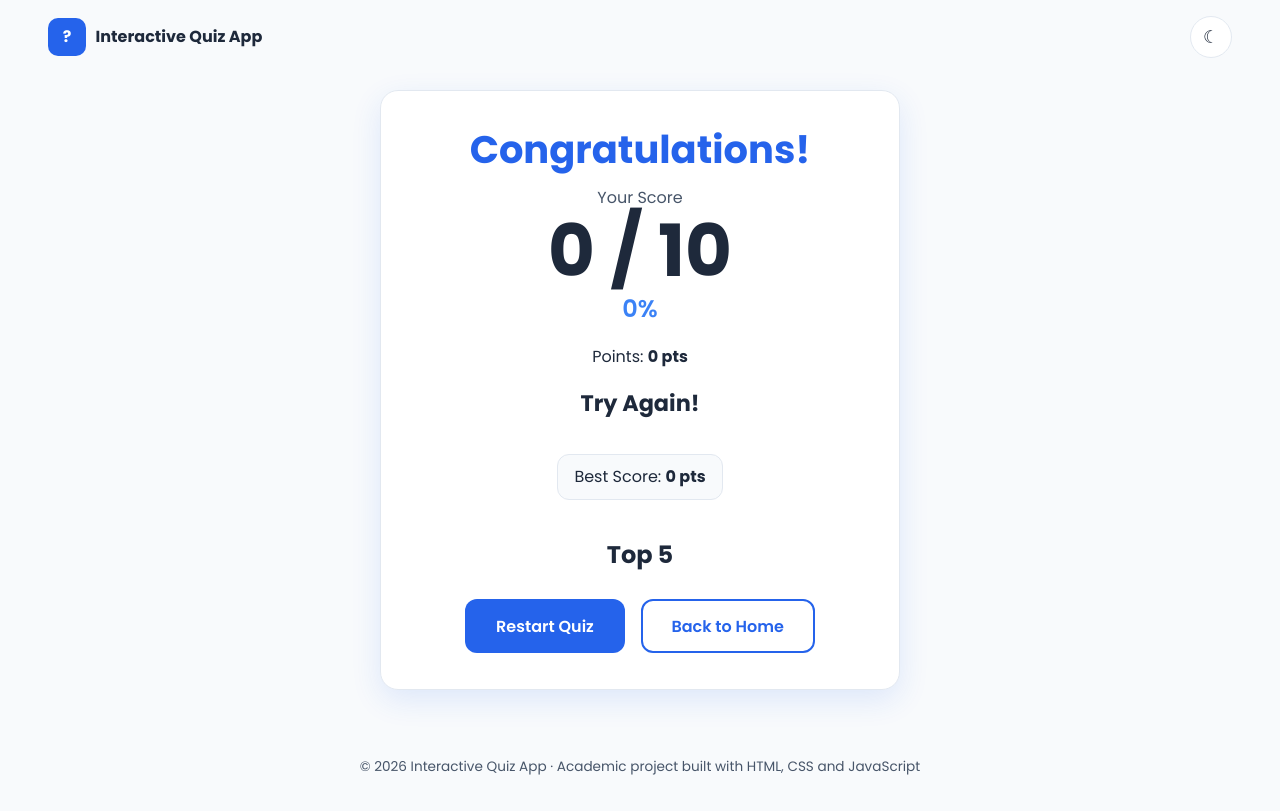
Repository: AzizHamdi99/Interactive-Quiz-App
Page: quiz-app/result.html
The author's editor kept a copy of each file at every save. The page is drawn from the files as they stood at one save, then again after the next save.
The browser window is 1280 px wide. The pictures show the whole page.

Above is the page before, as saved 2026-10-31 16:26:31.

### quiz-app/result.html
<!DOCTYPE html>
<html lang="en">

<head>
  <meta charset="UTF-8">
  <meta name="viewport" content="width=device-width, initial-scale=1.0">
  <meta name="author" content="Your Name">
  <link rel="icon" href="assets/icons/favicon.svg" type="image/svg+xml">
  <link rel="preconnect" href="https://fonts.googleapis.com">
  <link rel="preconnect" href="https://fonts.gstatic.com" crossorigin>
  <link href="https://fonts.googleapis.com/css2?family=Poppins:wght@400;500;600;700&amp;display=swap" rel="stylesheet">
  <link rel="stylesheet" href="css/style.css">
  <link rel="stylesheet" href="css/result.css">
  <title>Your result | Interactive Quiz App</title>
  <meta name="description" content="See your quiz score and your best score.">
</head>

<body data-page="result">
  <canvas id="confetti" aria-hidden="true"></canvas>
  <header class="site-header">
    <a class="brand" href="index.html" data-nav><span class="logo" aria-hidden="true">?</span> Interactive Quiz App</a>
    <button class="icon-btn" id="theme-toggle" type="button" aria-label="Switch to dark mode"
      aria-pressed="false">&#9790;</button>
  </header>
  <main id="main" class="result-wrap">
    <section class="card result-card" aria-labelledby="congrats">
      <h1 id="congrats">Congratulations!</h1>
      <p class="label">Your Score</p>
      <p class="score" id="score">0 / 10</p>
      <p class="pct" id="pct">0%</p>
      <p class="pts">Points: <strong id="points">0</strong></p>
      <p class="msg" id="msg" role="status"></p>
      <p class="best">Best Score: <strong id="best">0 pts</strong></p>
      <h2 class="top-title">Top 5</h2>
      <ol id="top" class="top"></ol>
      <div class="result-btns">
        <a class="btn btn-primary" href="quiz.html" data-nav>Restart Quiz</a>
        <a class="btn btn-ghost" href="index.html" data-nav>Back to Home</a>
      </div>
    </section>
  </main>
  <footer class="site-footer">
    <p>&copy; 2026 Interactive Quiz App &middot; Academic project built with HTML, CSS and JavaScript</p>
  </footer>
  <script src="js/app.js"></script>
</body>

</html>

### quiz-app/css/style.css
/* ===== Variables & dark theme ===== */
:root {
  --primary: #2563eb;
  --secondary: #3b82f6;
  --bg: #f8fafc;
  --card: #ffffff;
  --correct: #22c55e;
  --wrong: #ef4444;
  --text: #1e293b;
  --muted: #475569;
  --border: #e2e8f0;
  --shadow: 0 10px 30px rgba(37, 99, 235, 0.12);
  --radius: 18px;
}
[data-theme="dark"] {
  --bg: #0f172a;
  --card: #1e293b;
  --text: #f1f5f9;
  --muted: #cbd5e1;
  --border: #334155;
  --shadow: 0 10px 30px rgba(0, 0, 0, 0.45);
}
/* ===== Base ===== */
*,
*::before,
*::after {
  box-sizing: border-box;
}
body {
  margin: 0;
  min-height: 100vh;
  display: flex;
  flex-direction: column;
  font-family: "Poppins", system-ui, sans-serif;
  background: var(--bg);
  color: var(--text);
  line-height: 1.6;
  transition:
    background 0.3s,
    color 0.3s;
  animation: pageIn 0.4s ease both;
}
body.leaving {
  animation: pageOut 0.25s ease forwards;
}
@keyframes pageIn {
  from {
    opacity: 0;
    transform: translateY(12px);
  }
  to {
    opacity: 1;
    transform: none;
  }
}
@keyframes pageOut {
  to {
    opacity: 0;
    transform: translateY(-8px);
  }
}
h1 {
  line-height: 1.2;
  margin: 0 0 0.75rem;
}
a {
  color: inherit;
}
:focus-visible {
  outline: 3px solid var(--secondary);
  outline-offset: 3px;
  border-radius: 8px;
}
::-webkit-scrollbar {
  width: 10px;
}
::-webkit-scrollbar-track {
  background: var(--bg);
}
::-webkit-scrollbar-thumb {
  background: var(--secondary);
  border-radius: 8px;
}
/* ===== Header / footer ===== */
.site-header {
  display: flex;
  justify-content: space-between;
  align-items: center;
  padding: 1rem clamp(1rem, 4vw, 3rem);
  position: relative;
  z-index: 2;
}
.brand {
  display: flex;
  align-items: center;
  gap: 0.6rem;
  font-weight: 700;
  text-decoration: none;
}
.logo {
  display: grid;
  place-items: center;
  width: 38px;
  height: 38px;
  border-radius: 10px;
  background: var(--primary);
  color: #fff;
}
.icon-btn {
  width: 42px;
  height: 42px;
  border-radius: 50%;
  border: 1px solid var(--border);
  background: var(--card);
  color: var(--text);
  font-size: 1.1rem;
  cursor: pointer;
  transition:
    transform 0.2s,
    box-shadow 0.2s;
}
.icon-btn:hover {
  transform: scale(1.1);
  box-shadow: var(--shadow);
}
.site-footer {
  margin-top: auto;
  padding: 1.25rem;
  text-align: center;
  color: var(--muted);
  font-size: 0.85rem;
  position: relative;
  z-index: 2;
}
main {
  position: relative;
  z-index: 1;
}
/* ===== Cards & buttons ===== */
.card {
  background: var(--card);
  border-radius: var(--radius);
  box-shadow: var(--shadow);
  padding: clamp(1.25rem, 4vw, 2.25rem);
  border: 1px solid var(--border);
}
.btn {
  position: relative;
  overflow: hidden;
  display: inline-block;
  padding: 0.8rem 1.8rem;
  border-radius: 12px;
  border: 2px solid transparent;
  font:
    600 1rem "Poppins",
    sans-serif;
  text-decoration: none;
  cursor: pointer;
  transition:
    transform 0.2s,
    box-shadow 0.2s,
    background 0.2s;
}
.btn:hover:not(:disabled) {
  transform: translateY(-2px);
  box-shadow: 0 8px 18px rgba(37, 99, 235, 0.3);
}
.btn:active:not(:disabled) {
  transform: scale(0.97);
}
.btn-primary {
  background: var(--primary);
  color: #fff;
}
.btn-primary:hover:not(:disabled) {
  background: #1d4ed8;
}
.btn-ghost {
  background: transparent;
  color: var(--primary);
  border-color: var(--primary);
}
[data-theme="dark"] .btn-ghost {
  color: #93c5fd;
  border-color: #93c5fd;
}
.btn:disabled {
  opacity: 0.5;
  cursor: not-allowed;
}
.ripple {
  position: absolute;
  border-radius: 50%;
  background: rgba(255, 255, 255, 0.5);
  transform: scale(0);
  animation: ripple 0.6s linear;
  pointer-events: none;
}
@keyframes ripple {
  to {
    transform: scale(4);
    opacity: 0;
  }
}
/* ===== Home ===== */
.bg-shapes span {
  position: fixed;
  border-radius: 50%;
  filter: blur(60px);
  opacity: 0.35;
  z-index: 0;
  animation: float 14s ease-in-out infinite;
}
.bg-shapes span:nth-child(1) {
  width: 320px;
  height: 320px;
  background: var(--secondary);
  top: -80px;
  left: -80px;
}
.bg-shapes span:nth-child(2) {
  width: 260px;
  height: 260px;
  background: var(--primary);
  bottom: -60px;
  right: -40px;
  animation-delay: -5s;
}
.bg-shapes span:nth-child(3) {
  width: 180px;
  height: 180px;
  background: var(--correct);
  top: 45%;
  left: 55%;
  animation-delay: -9s;
  opacity: 0.2;
}
@keyframes float {
  50% {
    transform: translate(40px, -30px) scale(1.1);
  }
}
.hero {
  display: grid;
  grid-template-columns: 1.1fr 0.9fr;
  gap: 2rem;
  align-items: center;
  max-width: 1100px;
  margin: 0 auto;
  padding: 2rem clamp(1rem, 4vw, 3rem);
}
.hero-text h1 {
  font-size: clamp(2.2rem, 5vw, 3.6rem);
  font-weight: 700;
  color: var(--primary);
}
[data-theme="dark"] .hero-text h1 {
  color: #93c5fd;
}
.hero-text p {
  color: var(--muted);
  max-width: 52ch;
}
.hero-text .btn {
  margin-top: 0.75rem;
  font-size: 1.1rem;
  padding: 1rem 2.4rem;
}
.hint {
  font-size: 0.85rem;
  margin-top: 1rem;
}
.hero-art img {
  width: 100%;
  height: auto;
  max-width: 420px;
  display: block;
  margin: 0 auto;
  animation: bob 4s ease-in-out infinite;
}
@keyframes bob {
  50% {
    transform: translateY(-12px);
  }
}
@media (max-width: 768px) {
  .hero {
    grid-template-columns: 1fr;
    text-align: center;
  }
  .hero-text p {
    margin-inline: auto;
  }
}
@media (prefers-reduced-motion: reduce) {
  *,
  *::before,
  *::after {
    animation-duration: 0.01ms !important;
    animation-iteration-count: 1 !important;
    transition-duration: 0.01ms !important;
  }
}

### quiz-app/css/result.css
#confetti {
  position: fixed;
  inset: 0;
  width: 100%;
  height: 100%;
  pointer-events: none;
  z-index: 5;
}
.result-wrap {
  display: grid;
  place-items: center;
  padding: 1rem clamp(0.75rem, 4vw, 2rem) 2rem;
}
.result-card {
  width: 100%;
  max-width: 520px;
  text-align: center;
  animation: scaleIn 0.5s ease both;
}
@keyframes scaleIn {
  from {
    opacity: 0;
    transform: scale(0.9);
  }
  to {
    opacity: 1;
    transform: none;
  }
}
.result-card h1 {
  font-size: clamp(1.8rem, 5vw, 2.4rem);
  color: var(--primary);
}
[data-theme="dark"] .result-card h1 {
  color: #93c5fd;
}
.label {
  margin: 0;
  color: var(--muted);
}
.score {
  margin: 0;
  font-size: clamp(3rem, 12vw, 4.5rem);
  font-weight: 700;
  line-height: 1.1;
}
.pct {
  margin: 0;
  font-size: 1.5rem;
  font-weight: 600;
  color: var(--secondary);
}
.msg {
  font-size: 1.4rem;
  font-weight: 700;
  margin: 1rem 0;
}
.best {
  background: var(--bg);
  border: 1px solid var(--border);
  border-radius: 12px;
  padding: 0.6rem 1rem;
  display: inline-block;
}
.result-btns {
  display: flex;
  flex-wrap: wrap;
  gap: 1rem;
  justify-content: center;
  margin-top: 1.5rem;
}

### quiz-app/js/app.js
/* Shared logic: theme, page transitions, ripple, sound, confetti, result page */
const App = (() => {
  const root = document.documentElement;

  /* ---- Dark mode ---- */
  function applyTheme(theme) {
    root.setAttribute("data-theme", theme);
    const btn = document.querySelector("#theme-toggle");
    if (!btn) return;
    const dark = theme === "dark";
    btn.textContent = dark ? "\u2600" : "\u263E";
    btn.setAttribute("aria-pressed", String(dark));
    btn.setAttribute(
      "aria-label",
      dark ? "Switch to light mode" : "Switch to dark mode",
    );
  }
  applyTheme(localStorage.getItem("quizTheme") || "light");
  document.querySelector("#theme-toggle").addEventListener("click", () => {
    const next = root.getAttribute("data-theme") === "dark" ? "light" : "dark";
    localStorage.setItem("quizTheme", next);
    applyTheme(next);
  });

  /* ---- Page transitions ---- */
  function go(url) {
    document.body.classList.add("leaving");
    setTimeout(() => {
      window.location.href = url;
    }, 250);
  }
  document.querySelectorAll("[data-nav]").forEach((link) =>
    link.addEventListener("click", (e) => {
      e.preventDefault();
      go(link.getAttribute("href"));
    }),
  );

  /* ---- Button ripple ---- */
  document.querySelectorAll(".btn").forEach((btn) =>
    btn.addEventListener("click", (e) => {
      const r = btn.getBoundingClientRect(),
        size = Math.max(r.width, r.height);
      const dot = document.createElement("span");
      dot.className = "ripple";
      dot.style.cssText = `width:${size}px;height:${size}px;left:${e.clientX - r.left - size / 2}px;top:${e.clientY - r.top - size / 2}px`;
      btn.appendChild(dot);
      setTimeout(() => dot.remove(), 600);
    }),
  );

  /* ---- Sound effects (Web Audio, no files needed) ---- */
  let ctx;
  function beep(freqs) {
    try {
      ctx = ctx || new (window.AudioContext || window.webkitAudioContext)();
      freqs.forEach((f, i) => {
        const o = ctx.createOscillator(),
          g = ctx.createGain(),
          t = ctx.currentTime + i * 0.14;
        o.frequency.value = f;
        o.type = "sine";
        g.gain.setValueAtTime(0.15, t);
        g.gain.exponentialRampToValueAtTime(0.001, t + 0.25);
        o.connect(g);
        g.connect(ctx.destination);
        o.start(t);
        o.stop(t + 0.25);
      });
    } catch (err) {
      /* audio unavailable */
    }
  }
  const playCorrect = () => beep([660, 880]);
  const playWrong = () => beep([300, 200]);

  /* ---- Confetti ---- */
  function confetti() {
    if (window.matchMedia("(prefers-reduced-motion: reduce)").matches) return;
    const canvas = document.querySelector("#confetti"),
      c = canvas.getContext("2d");
    canvas.width = innerWidth;
    canvas.height = innerHeight;
    const colors = ["#2563EB", "#3B82F6", "#22C55E", "#F59E0B", "#EF4444"];
    const bits = Array.from({ length: 150 }, () => ({
      x: Math.random() * canvas.width,
      y: -Math.random() * canvas.height,
      s: 5 + Math.random() * 7,
      v: 2 + Math.random() * 3,
      d: Math.random() * 2 - 1,
      col: colors[Math.floor(Math.random() * colors.length)],
    }));
    let frames = 0;
    (function draw() {
      c.clearRect(0, 0, canvas.width, canvas.height);
      bits.forEach((b) => {
        b.y += b.v;
        b.x += b.d;
        c.fillStyle = b.col;
        c.fillRect(b.x, b.y, b.s, b.s * 0.6);
      });
      if (++frames < 300) requestAnimationFrame(draw);
      else c.clearRect(0, 0, canvas.width, canvas.height);
    })();
  }

  /* ---- Result page ---- */
  /* ---- Result page ---- */
  if (document.body.dataset.page === "result") {
    const score = Number(sessionStorage.getItem("quizScore")) || 0;
    const total = Number(sessionStorage.getItem("quizTotal")) || 10;
    const pts = Number(sessionStorage.getItem("quizPoints")) || 0;
    const pct = Math.round((score / total) * 100);
    const scores = JSON.parse(localStorage.getItem("quizScores") || "[]");
    const msgs = [
      [100, "Outstanding!"],
      [80, "Excellent!"],
      [60, "Good Job!"],
      [40, "Keep Practicing!"],
      [0, "Try Again!"],
    ];
    document.querySelector("#score").textContent = `${score} / ${total}`;
    document.querySelector("#pct").textContent = `${pct}%`;
    document.querySelector("#points").textContent = `${pts} pts`;
    document.querySelector("#msg").textContent = msgs.find(
      (m) => pct >= m[0],
    )[1];
    document.querySelector("#best").textContent =
      `${scores.length ? scores[0].points : 0} pts`;
    const top = document.querySelector("#top");
    scores.forEach((s) => {
      const li = document.createElement("li");
      li.textContent = `${s.points} pts · ${s.correct}/${s.total} · ${s.date}`;
      top.appendChild(li);
    });
    if (pct > 80) confetti();
  }

  return { go, playCorrect, playWrong };
})();

After the next save:
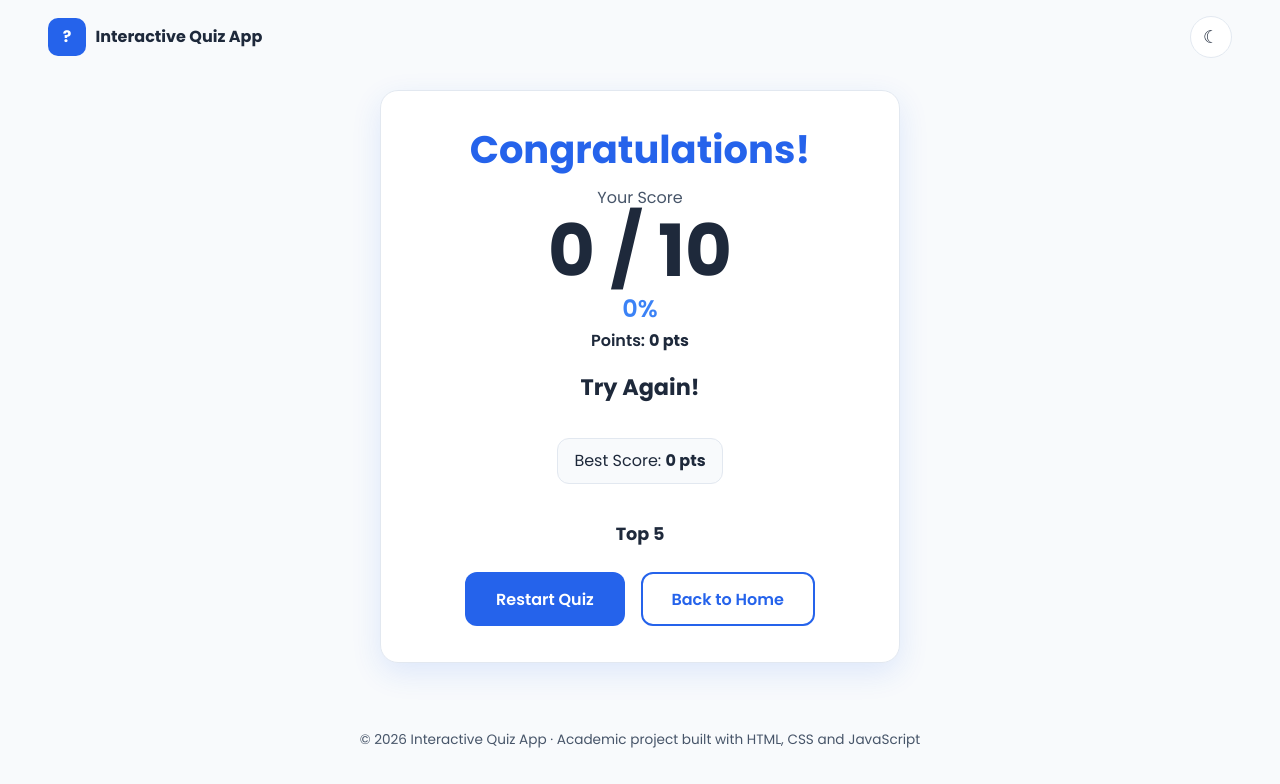
Saved 16 s later.
--- a/quiz-app/css/result.css
+++ b/quiz-app/css/result.css
@@ -69,3 +69,18 @@
   justify-content: center;
   margin-top: 1.5rem;
 }
+
+.pts {
+  margin: 0;
+  font-weight: 600;
+}
+.top-title {
+  font-size: 1.1rem;
+  margin: 1.2rem 0 0.4rem;
+}
+.top {
+  text-align: left;
+  max-width: 300px;
+  margin: 0 auto;
+  color: var(--muted);
+}
